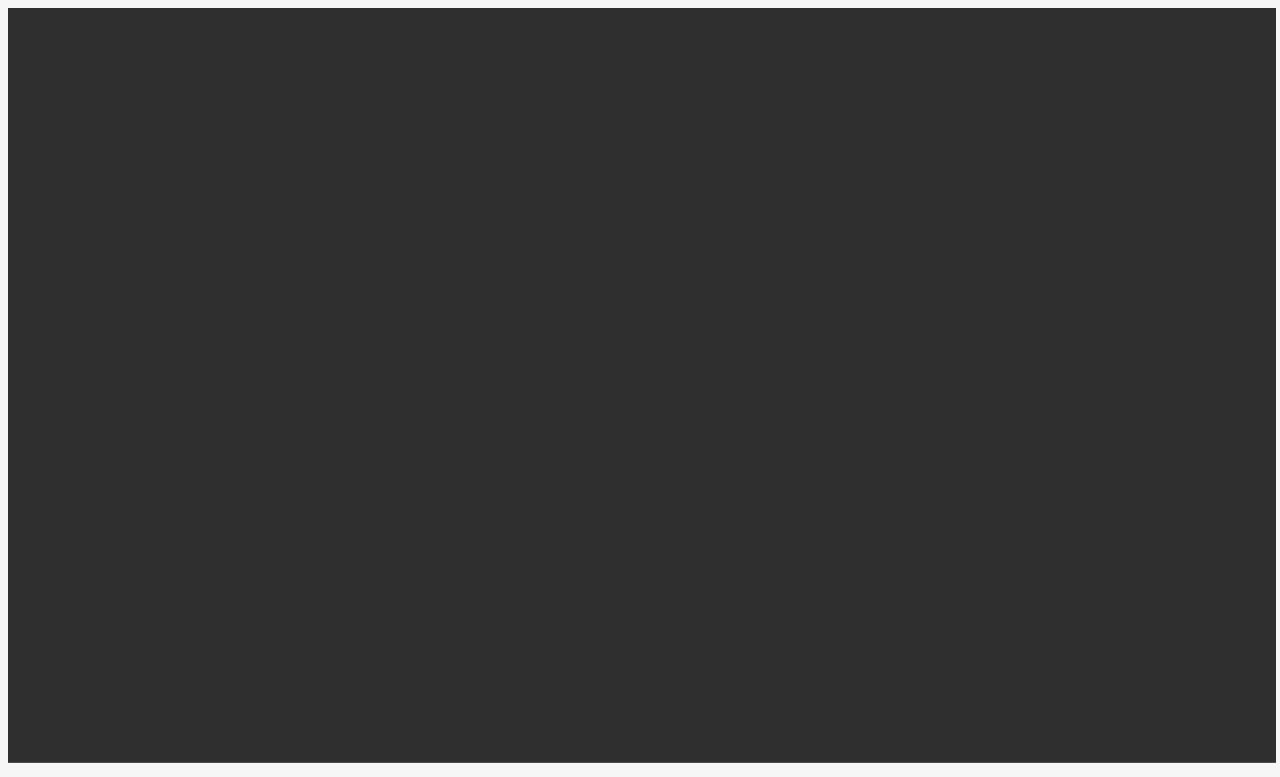
Repository: toasted226/onehandkeyboard
Page: /
These files come from the project's save history. The page is drawn as it stood at one moment and after the next save; the edit follows.
The browser window is 1280 px wide. The pictures show the whole page.
The project was rebuilt for these pictures with package versions that can differ from the ones it lists, and the page was loaded fresh each time. Also part of the build but not shown: vite.config.ts, src/App.css.

Above is the page before, as saved 2023-07-22 17:53:47.

### src/App.tsx
import "./App.css";
import Textbox from "./Textbox";

function App() {
  return (
    <div>
      <Textbox />
    </div>
  );
}

export default App;

### src/Textbox.tsx
import { useState, useRef } from "react";
import useAutosizeTextArea from "./useAutosizeTextArea";
import "./Textbox.css";

function Textbox() {
    const [value, setValue] = useState("");
    const textAreaRef = useRef<HTMLTextAreaElement>(null);

    useAutosizeTextArea(textAreaRef.current, value);

    const handleChange = (evt: React.ChangeEvent<HTMLTextAreaElement>) => {
        const val = evt.target?.value;

        setValue(val);
    };

    return (
        <>
            <textarea
                className="textbox"
                onChange={handleChange}
                placeholder=""
                ref={textAreaRef}
                rows={50}
                value={value}
                autoFocus={true}>
                </textarea>
        </>
    );
}

export default Textbox;

### src/useAutosizeTextArea.ts
import { useEffect } from "react";

// Updates the height of a <textarea> when the value changes.
const useAutosizeTextArea = (
  textAreaRef: HTMLTextAreaElement | null,
  value: string
) => {
  useEffect(() => {
    if (textAreaRef) {
      // We need to reset the height momentarily to get the correct scrollHeight for the textarea
      textAreaRef.style.height = "0px";
      const scrollHeight = textAreaRef.scrollHeight;

      // We then set the height directly, outside of the render loop
      // Trying to set this with state or a ref will product an incorrect value.
      textAreaRef.style.height = scrollHeight + "px";
    }
  }, [textAreaRef, value]);
};

export default useAutosizeTextArea;

### src/Textbox.css
.textbox {
    width: 100%;
    height: 100%;
    background-color: #2f2f2f;
    color: white;
    border: none;
    border-bottom: 1px solid #4f4f4f;
    resize: none;
}

.textbox:focus {
    outline: none;
}

Loaded but not shown: index.html (common file); src/main.tsx (common file); src/styles.css (common file)

After the next save:
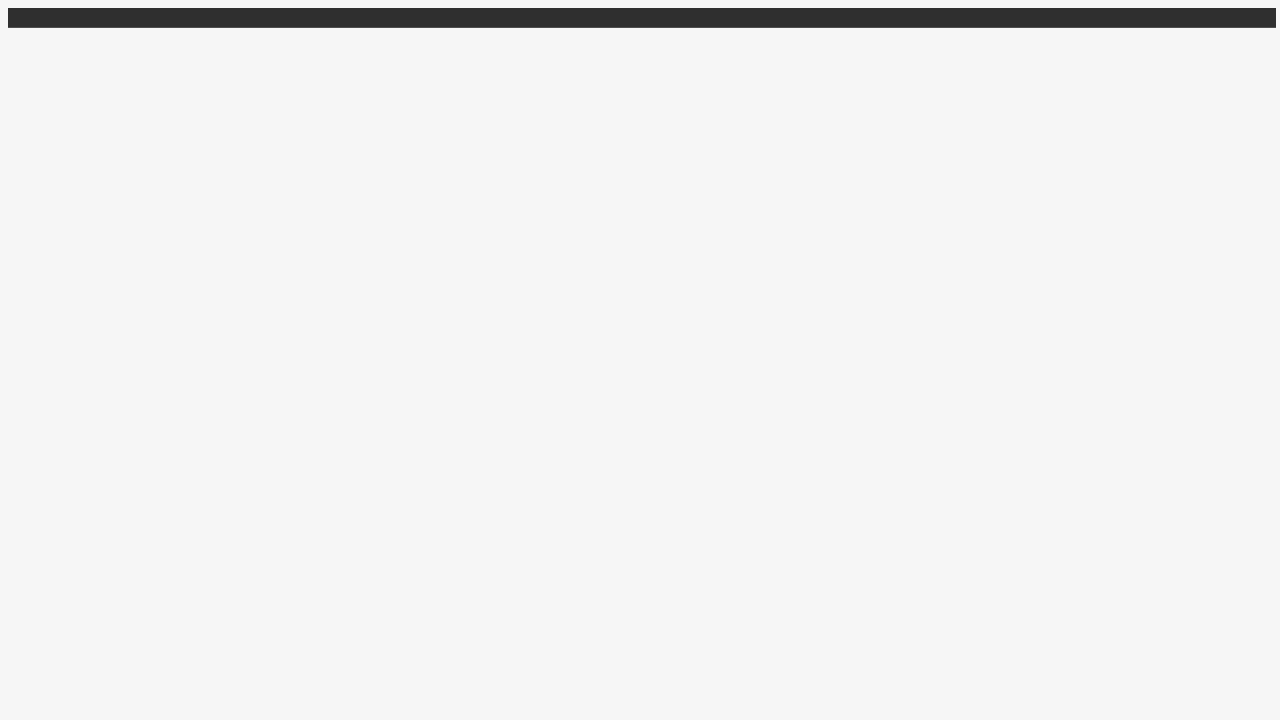
Saved 23 s later.
--- a/src/Textbox.tsx
+++ b/src/Textbox.tsx
@@ -21,7 +21,7 @@ function Textbox() {
                 onChange={handleChange}
                 placeholder=""
                 ref={textAreaRef}
-                rows={50}
+                rows={1}
                 value={value}
                 autoFocus={true}>
                 </textarea>
